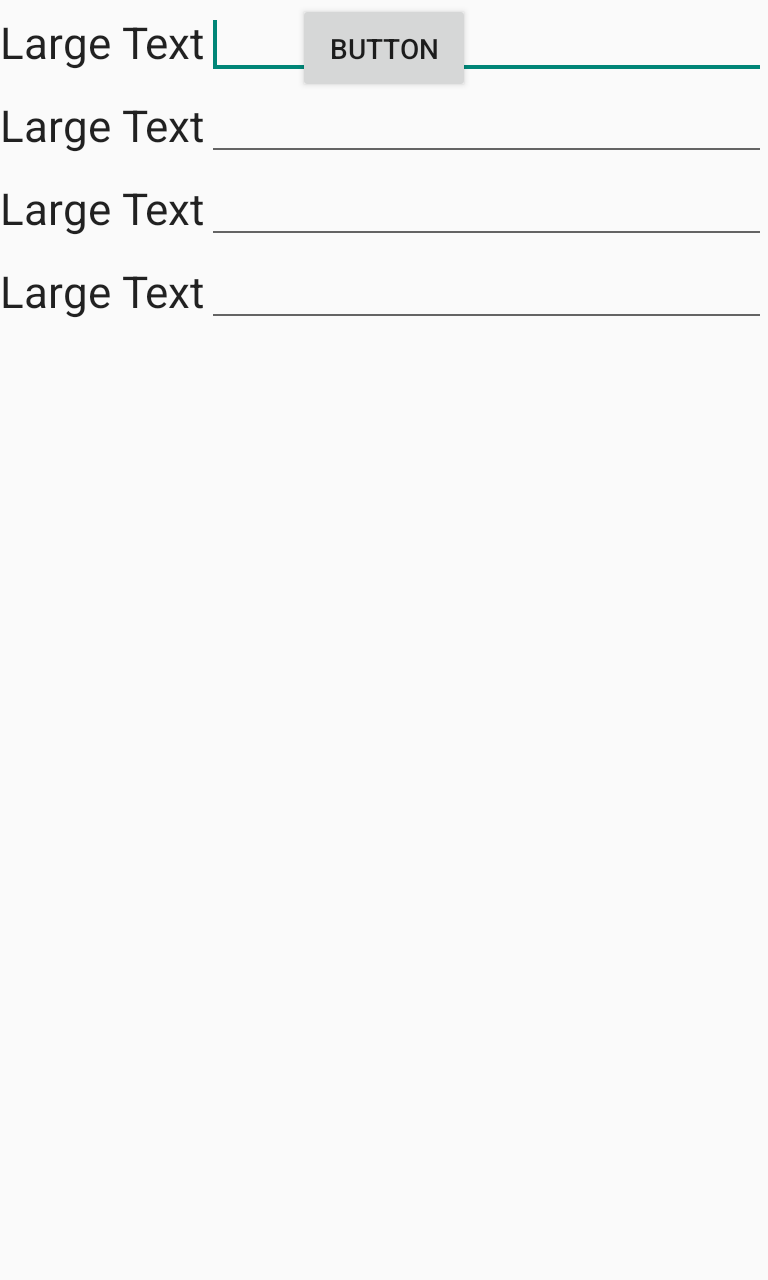
Repository: charlesweng/school
Layout: simpleandroidapps/GettingToKnowUIActivities/charleswengScoringProject/charleswengScoring/res/layout/fragment_teamdialog.xml
These files come from the project's save history. The layout is drawn as it stood at one moment and after the next save; the edit follows.
It is drawn on a 768 x 1280 px phone screen (xhdpi) without system bars, with theme AppTheme; the app's code is not run.

Above is the layout before, as saved 2014-04-26 08:37:56.

### simpleandroidapps/GettingToKnowUIActivities/charleswengScoringProject/charleswengScoring/res/layout/fragment_teamdialog.xml
<?xml version="1.0" encoding="utf-8"?>
<RelativeLayout xmlns:android="http://schemas.android.com/apk/res/android"
    android:layout_width="match_parent"
    android:layout_height="match_parent"
    android:orientation="vertical" >

    <TextView
        android:id="@+id/team1name"
        android:layout_width="wrap_content"
        android:layout_height="wrap_content"
        android:layout_alignParentTop="true"
        android:layout_alignParentLeft="true"
        android:layout_alignBaseline="@+id/editTeam1"
        android:text="Large Text"
        android:textAppearance="?android:attr/textAppearanceLarge" />

    <TextView
        android:id="@+id/team2name"
        android:layout_width="wrap_content"
        android:layout_height="wrap_content"
        android:layout_below="@+id/team1name"
        android:layout_alignBaseline="@+id/editTeam2"
        android:layout_alignParentLeft="true"
        android:text="Large Text"
        android:textAppearance="?android:attr/textAppearanceLarge" />

    <TextView
        android:id="@+id/team1score"
        android:layout_width="wrap_content"
        android:layout_height="wrap_content"
        android:layout_below="@+id/team2name"
        android:layout_alignBaseline="@+id/editScore1"
        android:layout_alignParentLeft="true"
        android:text="Large Text"
        android:textAppearance="?android:attr/textAppearanceLarge" />

    <TextView
        android:id="@+id/team2score"
        android:layout_width="wrap_content"
        android:layout_height="wrap_content"
        android:layout_below="@+id/team1score"
        android:layout_alignBaseline="@+id/editScore2"
        android:layout_alignParentLeft="true"
        android:text="Large Text"
        android:textAppearance="?android:attr/textAppearanceLarge" />

    <EditText
        android:id="@+id/editTeam1"
        android:layout_width="fill_parent"
        android:layout_height="wrap_content"
        android:layout_alignParentRight="true"
        android:layout_alignParentTop="true"
        android:layout_toRightOf="@+id/team1name"
        android:ems="10" >
        <requestFocus />
    </EditText>

    <EditText
        android:id="@+id/editTeam2"
        android:layout_width="fill_parent"
        android:layout_height="wrap_content"
        android:layout_alignParentRight="true"
        android:layout_below="@+id/editTeam1"
        android:layout_toRightOf="@+id/team2name"
        android:ems="10" >
    </EditText>

    <EditText
        android:id="@+id/editScore1"
        android:layout_width="fill_parent"
        android:layout_height="wrap_content"
        android:layout_alignParentRight="true"
        android:layout_below="@+id/editTeam2"
        android:layout_toRightOf="@+id/team1score"
        android:ems="10" >
    </EditText>

    <EditText
        android:id="@+id/editScore2"
        android:layout_width="fill_parent"
        android:layout_height="wrap_content"
        android:layout_alignParentRight="true"
        android:layout_below="@+id/editScore1"
        android:layout_toRightOf="@+id/team2score"
        android:ems="10" >
    </EditText>

    <Button
        android:id="@+id/button1"
        android:layout_width="wrap_content"
        android:layout_height="wrap_content"
        android:layout_centerHorizontal="true"
        android:text="Button" />

</RelativeLayout>

Loaded but not shown: simpleandroidapps/GettingToKnowUIActivities/charleswengScoringProject/charleswengScoring/res/values/styles.xml (common file); simpleandroidapps/GettingToKnowUIActivities/charleswengScoringProject/charleswengScoring/res/values-v11/styles.xml (common file); simpleandroidapps/GettingToKnowUIActivities/charleswengScoringProject/charleswengScoring/res/values-v14/styles.xml (common file)

After the next save:
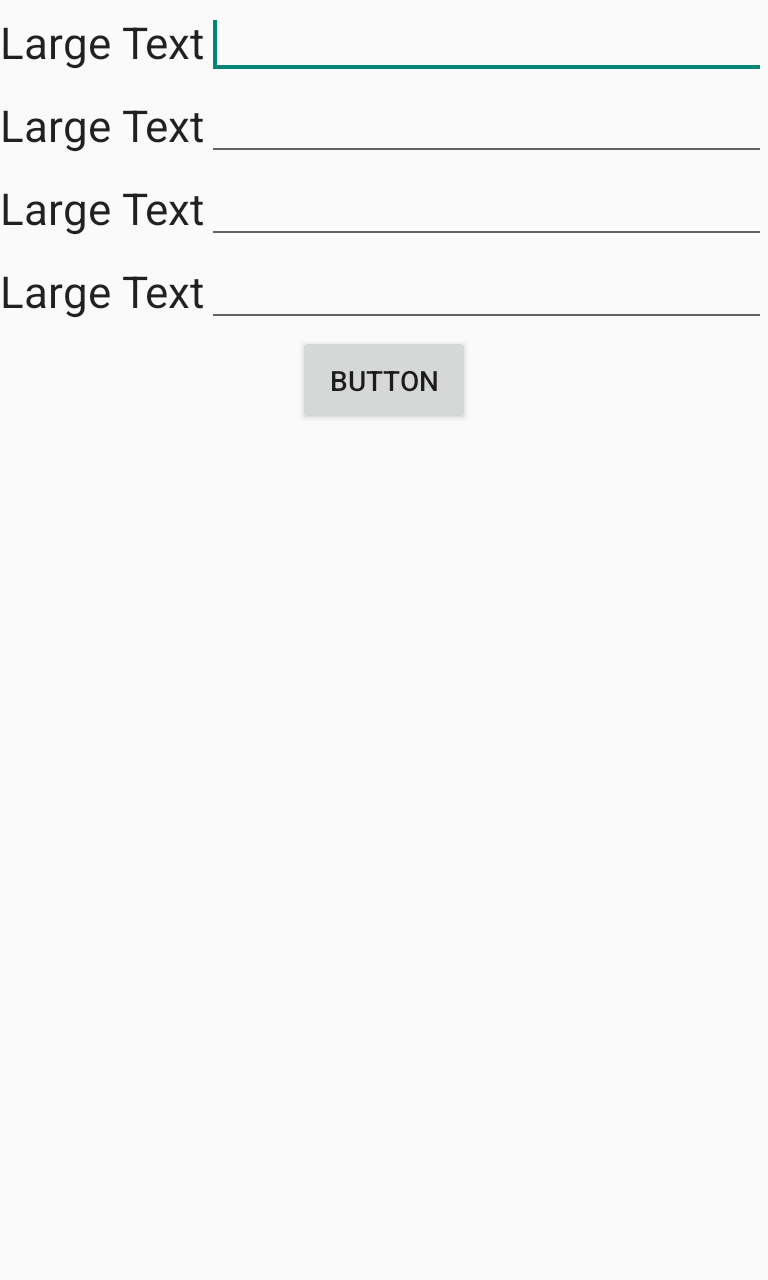
Saved 5 s later.
--- a/simpleandroidapps/GettingToKnowUIActivities/charleswengScoringProject/charleswengScoring/res/layout/fragment_teamdialog.xml
+++ b/simpleandroidapps/GettingToKnowUIActivities/charleswengScoringProject/charleswengScoring/res/layout/fragment_teamdialog.xml
@@ -89,6 +89,7 @@
         android:id="@+id/button1"
         android:layout_width="wrap_content"
         android:layout_height="wrap_content"
+        android:layout_below="@+id/editScore2"
         android:layout_centerHorizontal="true"
         android:text="Button" />
 
